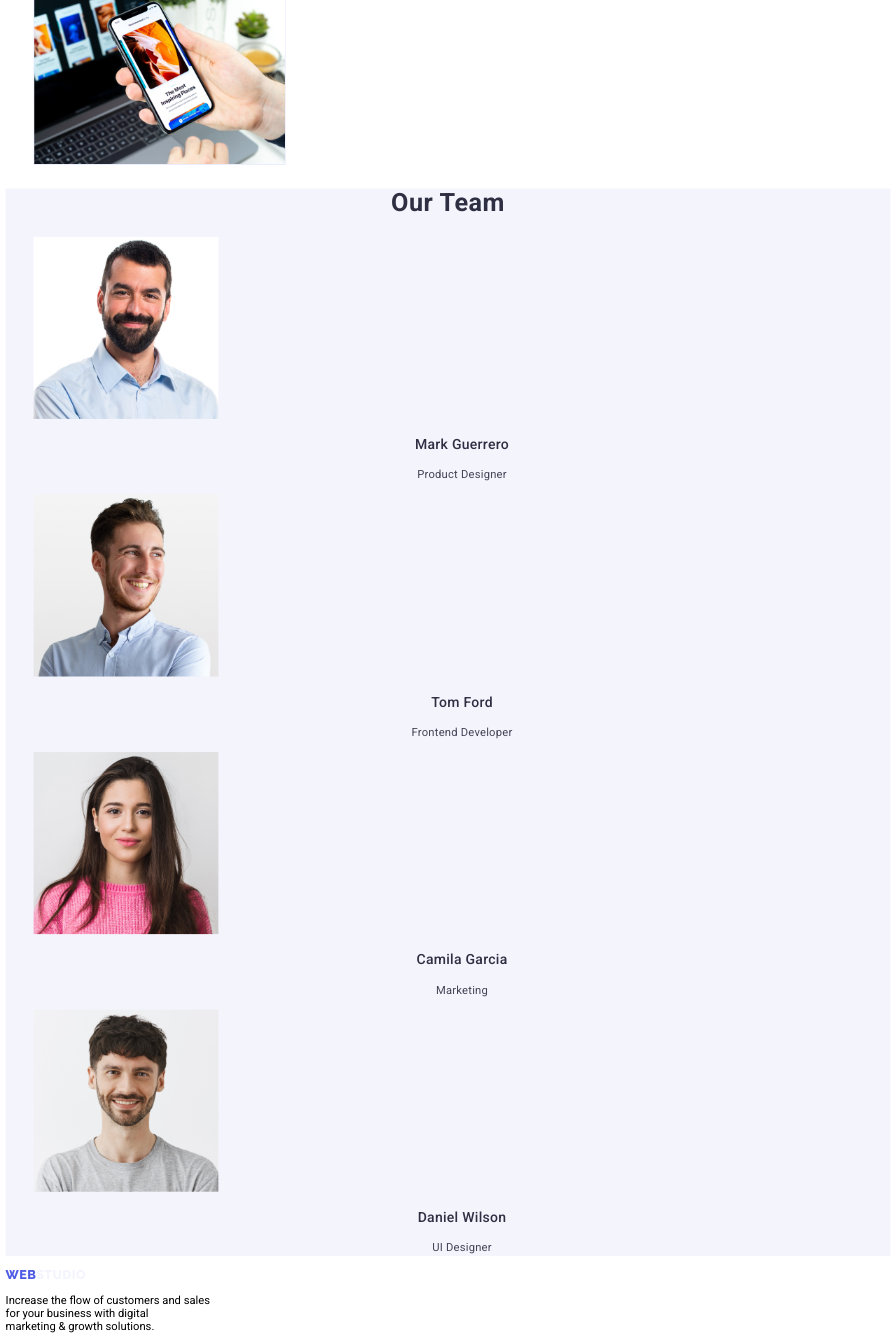
Repository: jandiman/goit-markup-hw-02
Page: index.html
These files come from the project's save history. The page is drawn as it stood at one moment and after the next save; the edit follows.
The browser window is 1280 px wide. The pictures show the part of the page from y = 1549 to 3469 px (the page is 3469 px tall), at 70% of full size.

Above is the page before, as saved 2023-07-07 09:31:16.

After the next save:
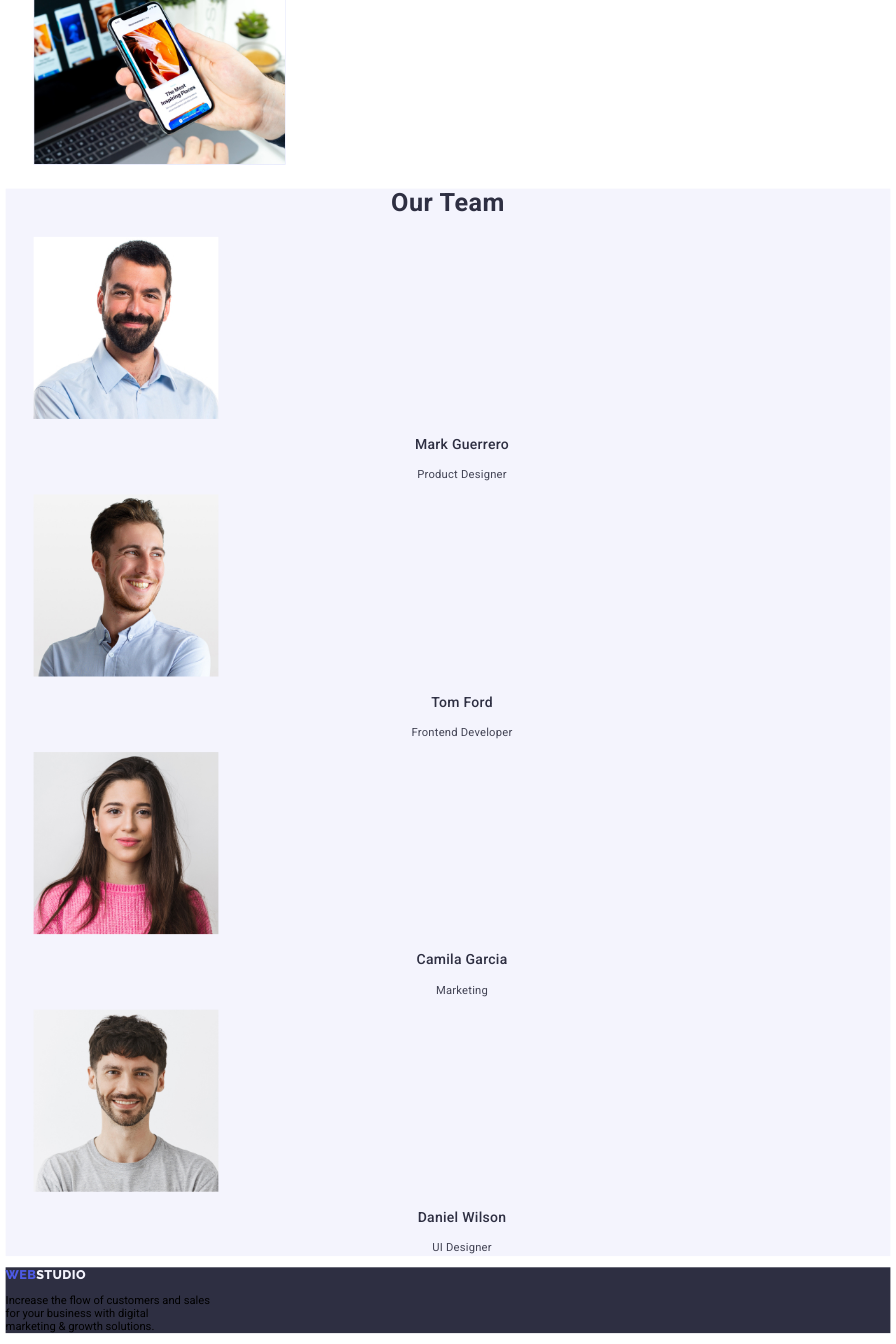
Saved 30 s later.
--- a/css/styles.css
+++ b/css/styles.css
@@ -152,3 +152,8 @@
   line-height: 24px;
   letter-spacing: 0.32px;
 }
+.footer{
+    background: var(--navyblue, #2E2F42);
+}
+
+.footer-text
